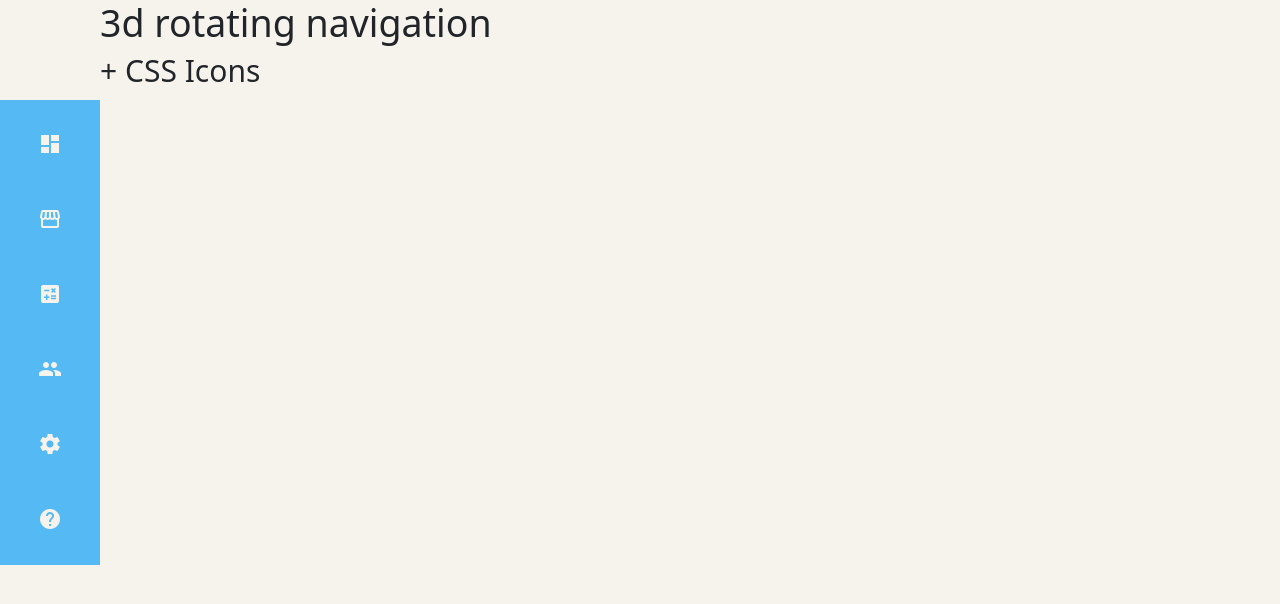
Repository: latenightsnacc/AllinOne
Page: Design/dashboard.html
These files come from the project's save history. The page is drawn as it stood at one moment and after the next save; the edit follows.
The browser window is 1280 px wide. The pictures show the whole page.
The style sheet was rebuilt from its Sass, Less or Tailwind sources for each picture, by a compiler version that may differ from the author's.

Above is the page before, as saved 2020-09-16 17:08:30.

### Design/dashboard.html
<!DOCTYPE html>
<html lang="en">
<head>
    <meta charset="UTF-8">
    <meta name="viewport" content="width=device-width, initial-scale=1.0">
    <!--Icons-->
    <link href="https://fonts.googleapis.com/icon?family=Material+Icons" rel="stylesheet">
    <!-- Compiled and minified CSS -->
    <link rel="stylesheet" href="https://cdnjs.cloudflare.com/ajax/libs/materialize/1.0.0/css/materialize.min.css">
    <link rel="stylesheet" href="https://stackpath.bootstrapcdn.com/bootstrap/5.0.0-alpha1/css/bootstrap.min.css" integrity="sha384-r4NyP46KrjDleawBgD5tp8Y7UzmLA05oM1iAEQ17CSuDqnUK2+k9luXQOfXJCJ4I" crossorigin="anonymous">
    <!--Custom css-->
    <link rel="stylesheet" href="sidebar.css">
    <title>Welcome Page</title>
</head>
<body>
    <!--Sidebar-->
    <div class="side-bar">
        <ul>
          <li>
            <a href="#" class="sidebar-icon">
                <i class=" material-icons">dashboard</i>
            </a>

          </li>
          <li>
            <a href="#" class="sidebar-icon">
                <i class=" material-icons">storefront</i>
            </a>
          </li>
          <li>
            <a href="#" class="sidebar-icon">
                <i class=" material-icons">calculate</i>
            </a>
          </li>
          <li>
            <a href="#" class="sidebar-icon">
                <i class=" material-icons">people</i>
            </a>
          </li>
          <li>
            <a href="#" class="sidebar-icon">
                <i class=" material-icons">settings</i>
            </a>
          </li>
          <li>
            <a href="#" class="sidebar-icon">
                <i class=" material-icons">help</i>
            </a>
          </li>
        </ul>
    </div>

    <div class="wrapper" >
        <div class="content ">
            <h1>3d rotating navigation</h1>
            <h2>+ CSS Icons</h2>
        </div>

    </div >

    <script src="https://cdn.jsdelivr.net/npm/popper.js@1.16.0/dist/umd/popper.min.js" integrity="sha384-Q6E9RHvbIyZFJoft+2mJbHaEWldlvI9IOYy5n3zV9zzTtmI3UksdQRVvoxMfooAo" crossorigin="anonymous"></script>
    <script src="https://stackpath.bootstrapcdn.com/bootstrap/5.0.0-alpha1/js/bootstrap.min.js" integrity="sha384-oesi62hOLfzrys4LxRF63OJCXdXDipiYWBnvTl9Y9/TRlw5xlKIEHpNyvvDShgf/" crossorigin="anonymous"></script>
</body>
</html>

### Design/sidebar.scss
@import 'variables';

*{
    margin: 0;
    padding: 0;
    box-sizing: border-box;
    list-style: none;
    a {
        text-decoration: none;

    }
    &:before,&:after {
        box-sizing: border-box;
    }
    :after {
        content: "";
    }
}

body, html {
    background: $grey;
    overflow-x: hidden;
}
.wrapper {
    min-height:100vh;
    margin-left: 100px;

}
a.sidebar-icon {
    color: $grey;
    font-size: 50px;
}
.side-bar {
    float: left;
	position: fixed;
	top: 200;
    left: 0;
    background: $blue;
    margin-top: 100px;
}

.side-bar ul {
	text-align: center;
}

.side-bar ul li {
	position: relative;
  width: 100px;
  cursor: pointer;
	background: $blue;
	text-transform: uppercase;
	transition:all .4s ease-out;
}

.side-bar ul li:after {
	position: absolute;
	background: $grey;
	color: $blue;
	top:0;
	left: 100px;
	width: 100px; height: 100%;
  opacity:.5;
  transform: perspective(400px) rotateY(90deg);
	transform-origin: 0 100%;
	transition:all .4s ease-out;
}

.side-bar ul li:nth-child(1):after {
    display: flex;
    align-items: center;
    justify-content: center;
    content: "Dashboard";
	line-height: 88px;
}
.side-bar ul li:nth-child(2):after {
    content: "Profile";
    display: flex;
    align-items: center;
    justify-content: center;
	line-height: 88px;
}
.side-bar ul li:nth-child(3):after {
    display: flex;
    align-items: center;
    justify-content: center;
	content: "Finance";
	line-height: 85px;
}
.side-bar ul li:nth-child(4):after {
    display: flex;
    align-items: center;
    justify-content: center;
	content: "CMS";
	line-height: 70px;
}
.side-bar ul li:nth-child(5):after {
    display: flex;
    align-items: center;
    justify-content: center;
	content: "Settings";
	line-height: 70px;
}
.side-bar ul li:nth-child(6):after {
    display: flex;
    align-items: center;
    justify-content: center;
	content: "Help";
	line-height: 70px;
}

.side-bar ul li:hover {
	transform: translateX(-100px);
}

.side-bar ul li:hover:after {
  opacity: 1;
	transform: perspective(400px) rotateY(0deg) scale(1) ;
}


.side-bar ul li > div {
	display: inline-block;
	padding: 25px 0;
	background: transparent;
}

.side-bar ul li div { position: relative; }

### Design/_variables.scss
@import url('https://fonts.googleapis.com/css2?family=Roboto+Mono&display=swap');
@import url('https://fonts.googleapis.com/css2?family=Noto+Sans+HK&display=swap');

$fontRoboto: 'Roboto Mono', monospace;
$fontNoto: 'Noto Sans HK', sans-serif;
$blue: #55b9f3;
$white: #fff;
// $grey: #bdcfe5;
$grey: #f6f3ed;
$borderR: 50px;
$dark: black;
$Brb: 50px;
$bsGrey:  -30px -30px 60px #d1cfc9,
30px 30px 60px #ffffff;
$bsBlue:  -30px -30px 60px #489dcf,
30px 30px 60px #62d5ff;;

After the next save:
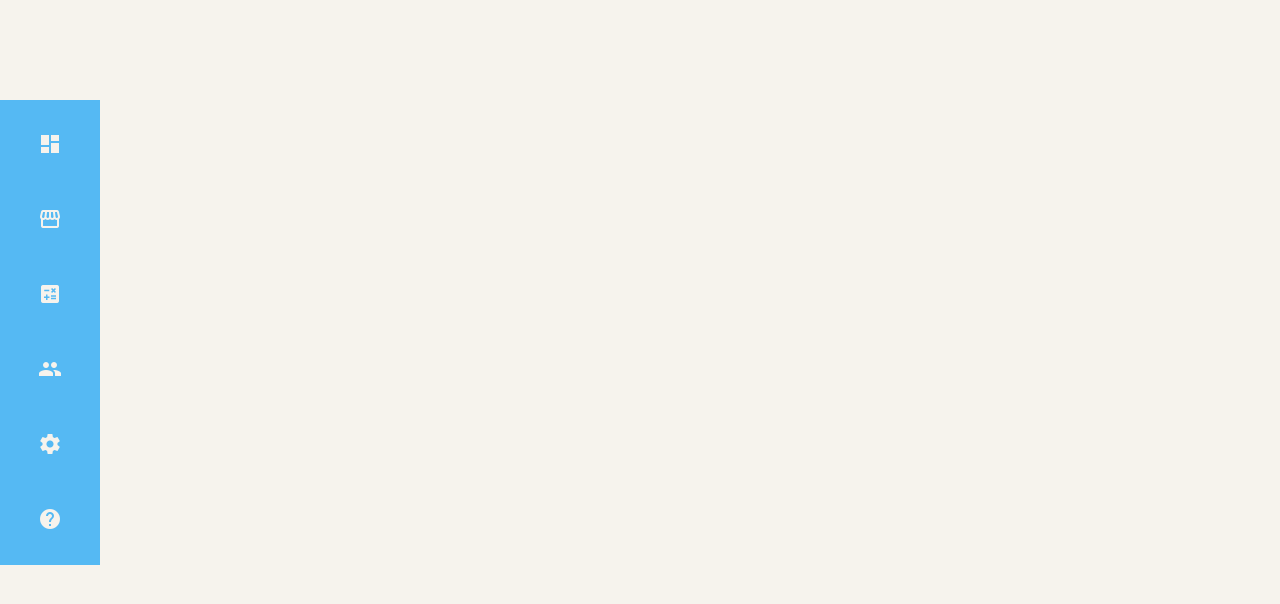
Saved 23 s later.
--- a/Design/dashboard.html
+++ b/Design/dashboard.html
@@ -52,8 +52,9 @@
 
     <div class="wrapper" >
         <div class="content ">
-            <h1>3d rotating navigation</h1>
-            <h2>+ CSS Icons</h2>
+            <div class="container">
+
+            </div>
         </div>
 
     </div >
